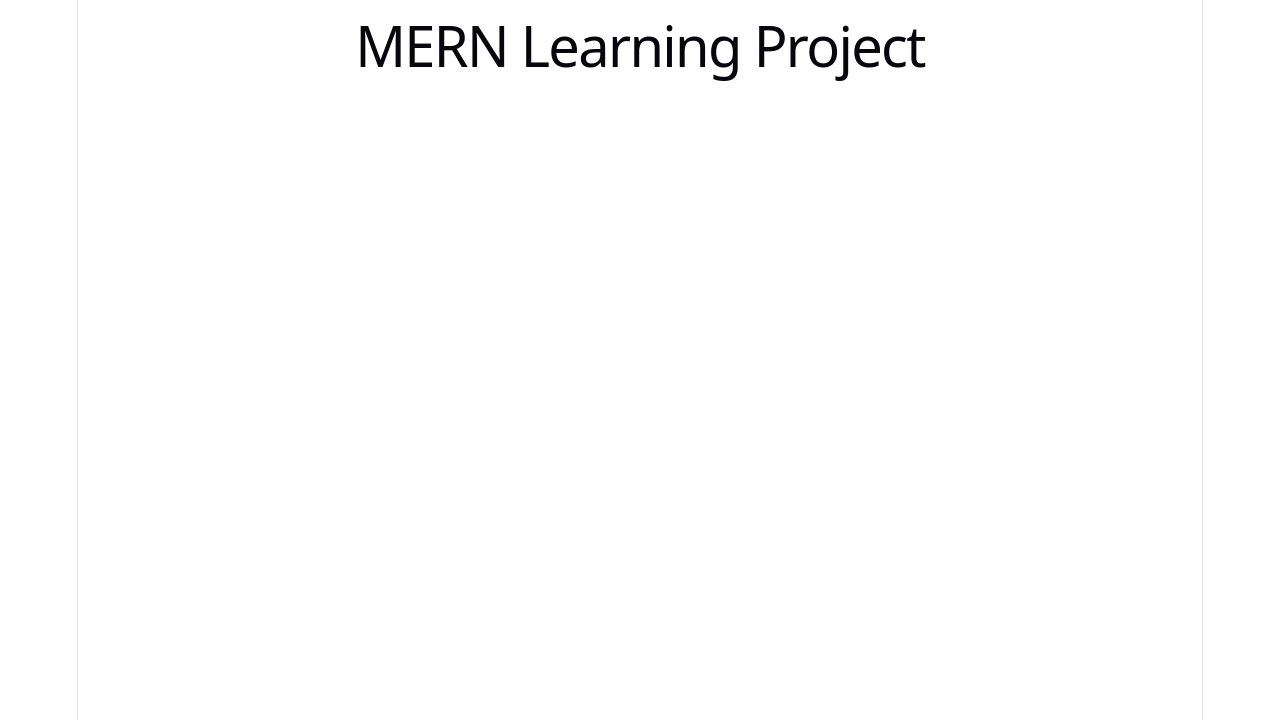
Repository: CoderShanto/Omni-Core
Page: /companies (app in frontend/)
The author's editor kept a copy of each file at every save. The page is drawn from the files as they stood at one save, then again after the next save.
The browser window is 1280 px wide. The pictures show the whole page.
The project was rebuilt for these pictures with package versions that can differ from the ones it lists, and the page was loaded fresh each time. Also part of the build but not shown: frontend/vite.config.ts.

Above is the page before, as saved 2026-07-17 11:31:36.

After the next save:
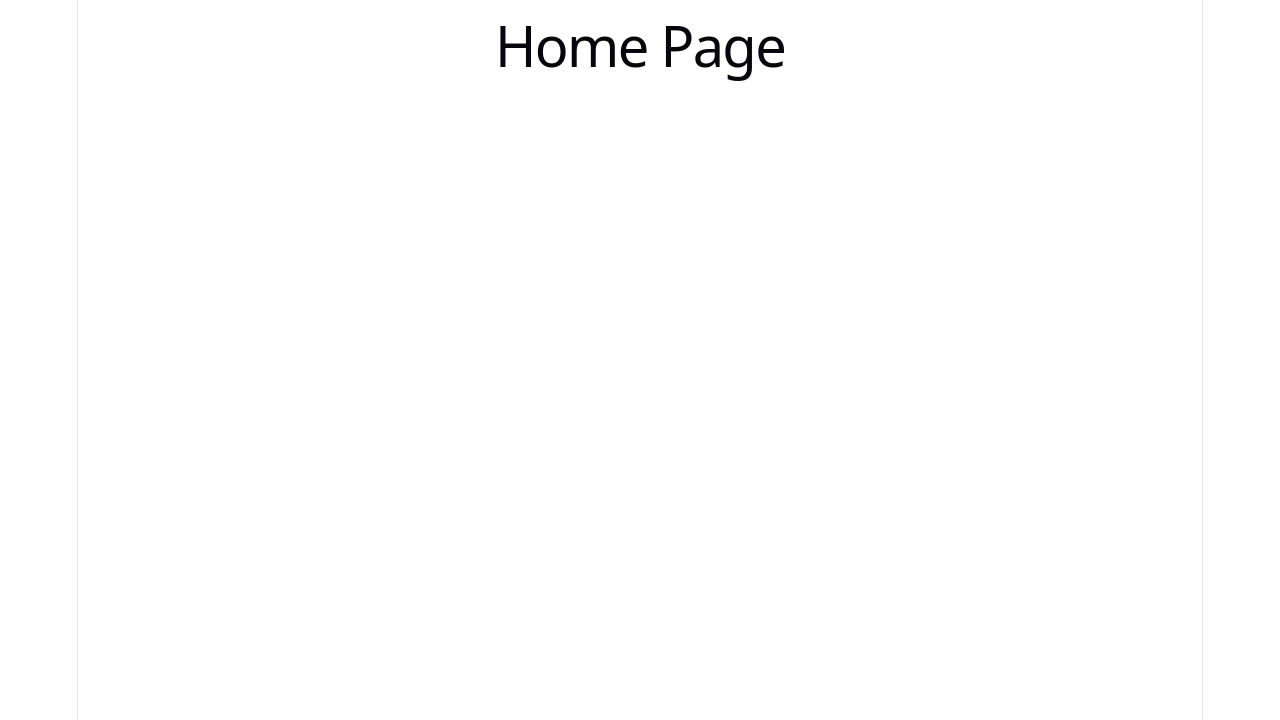
Saved 3 min 24 s later.
--- a/frontend/src/App.tsx
+++ b/frontend/src/App.tsx
@@ -1,9 +1,7 @@
+import Home from "./pages/Home";
+
 function App() {
-  return (
-    <div>
-      <h1>MERN Learning Project</h1>
-    </div>
-  );
+  return <Home />;
 }
 
 export default App;
